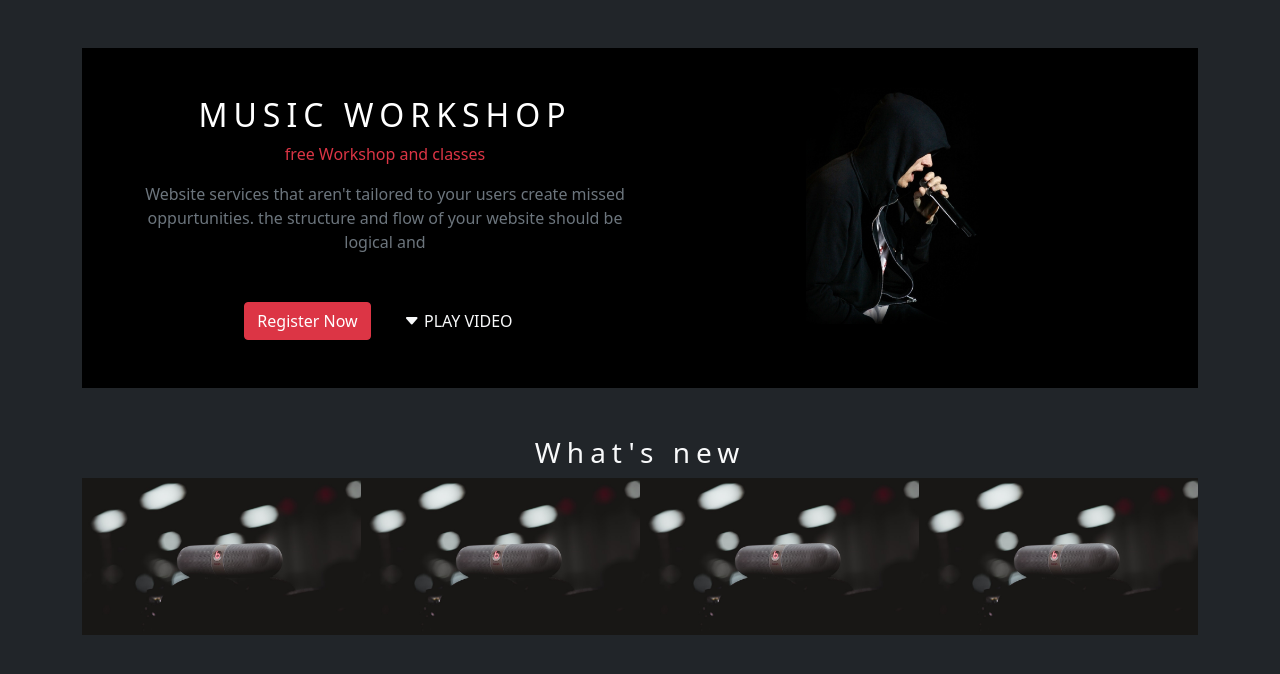
Repository: Eugene44-hub/music-workshop-site
Page: index.html
An editor plug-in stored every save of this project. The page is shown before and after the next save, followed by the edit.
The browser window is 1280 px wide. The pictures show the whole page.
Some web libraries are served in a nearby version.

Above is the page before, as saved 2021-10-22 16:28:51.

After the next save:
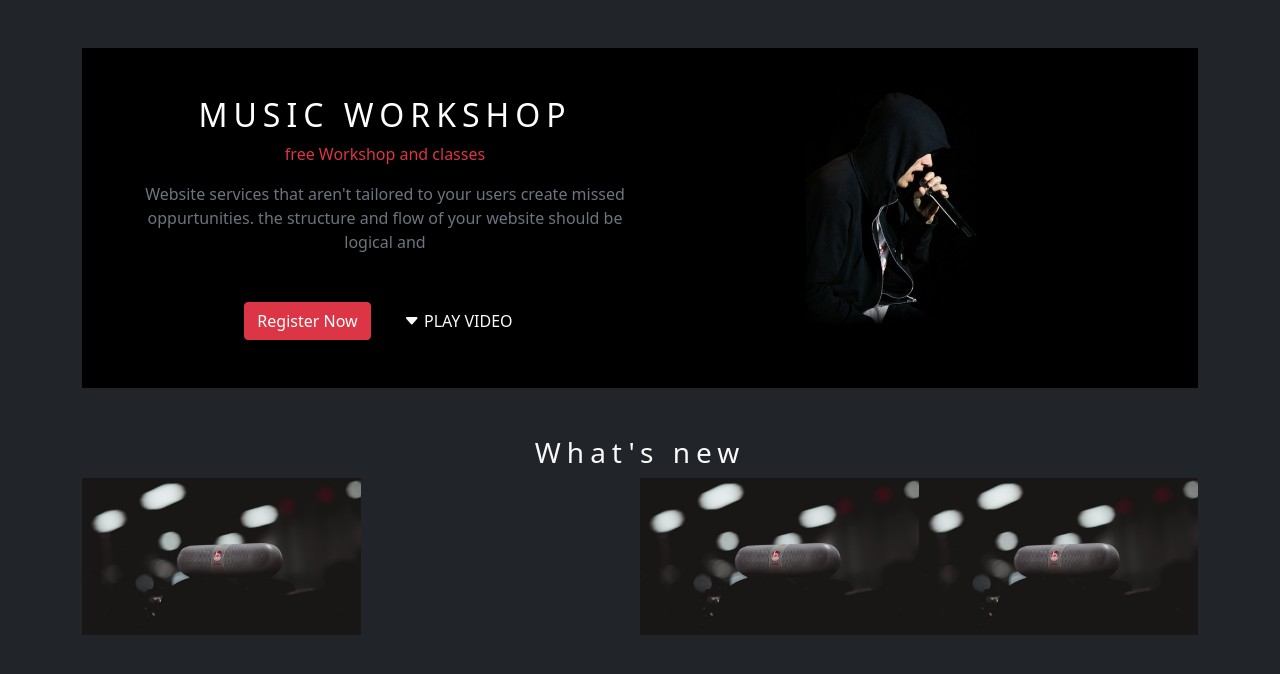
Saved 70 s later.
--- a/index.html
+++ b/index.html
@@ -43,7 +43,7 @@
                     <img src="images/speaker.jpg" class="img-fluid" alt="">
                 </div>
                 <div class="col-md">
-                    <img src="images/speaker.jpg" class="img-fluid" alt="">
+                    <h2></h2>
                 </div>
                 <div class="col-md">
                     <img src="images/speaker.jpg" class="img-fluid" alt="">
